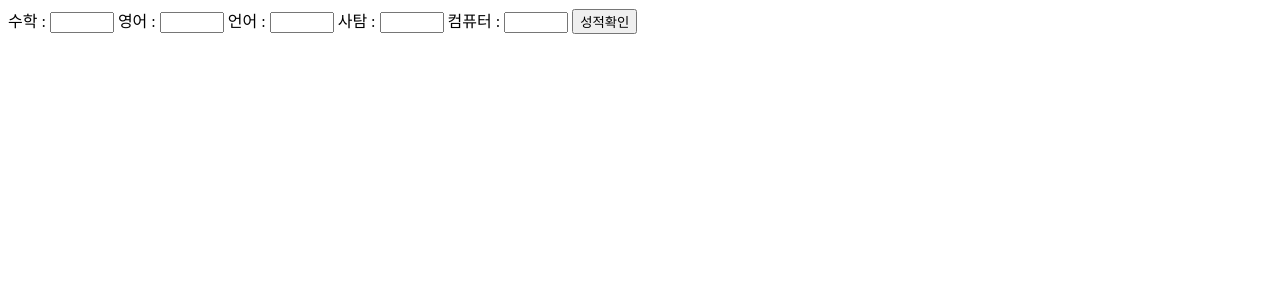
Repository: jungreul97/JavaSpring
Page: http://localhost/SpringBasic/score
An editor plug-in stored every save of this project. The page is shown before and after the next save, followed by the edit.
The browser window is 1280 px wide. The pictures show the whole page.
The page is served by Tomcat 9.

Above is the page before, as saved 2022-03-31 00:25:10.

After the next save:
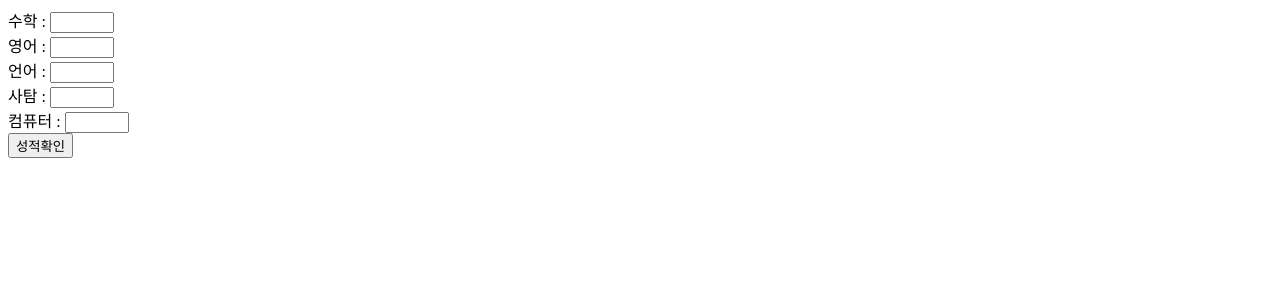
Saved 116 s later.
--- a/SpringBasic/src/main/webapp/WEB-INF/views/scoreForm.jsp
+++ b/SpringBasic/src/main/webapp/WEB-INF/views/scoreForm.jsp
@@ -8,11 +8,11 @@
 </head>
 <body>
 	<form action="/score" method = "post">
-		수학 : <input type = "number" max = "100" min = "0" name = "math">
-		영어 : <input type = "number" max = "100" min = "0" name = "english">
-		언어 : <input type = "number" max = "100" min = "0" name = "korean">
-		사탐 : <input type = "number" max = "100" min = "0" name = "satam">
-		컴퓨터 : <input type = "number" max = "100" min = "0" name = "computer">
+		수학 : <input type = "number" max = "100" min = "0" name = "math"><br/>
+		영어 : <input type = "number" max = "100" min = "0" name = "eng"><br/>
+		언어 : <input type = "number" max = "100" min = "0" name = "language"><br/>
+		사탐 : <input type = "number" max = "100" min = "0" name = "social"><br/>
+		컴퓨터 : <input type = "number" max = "100" min = "0" name = "computer"><br/>
 		<input type = "submit" value = "성적확인">
 	</form>
 </body>
